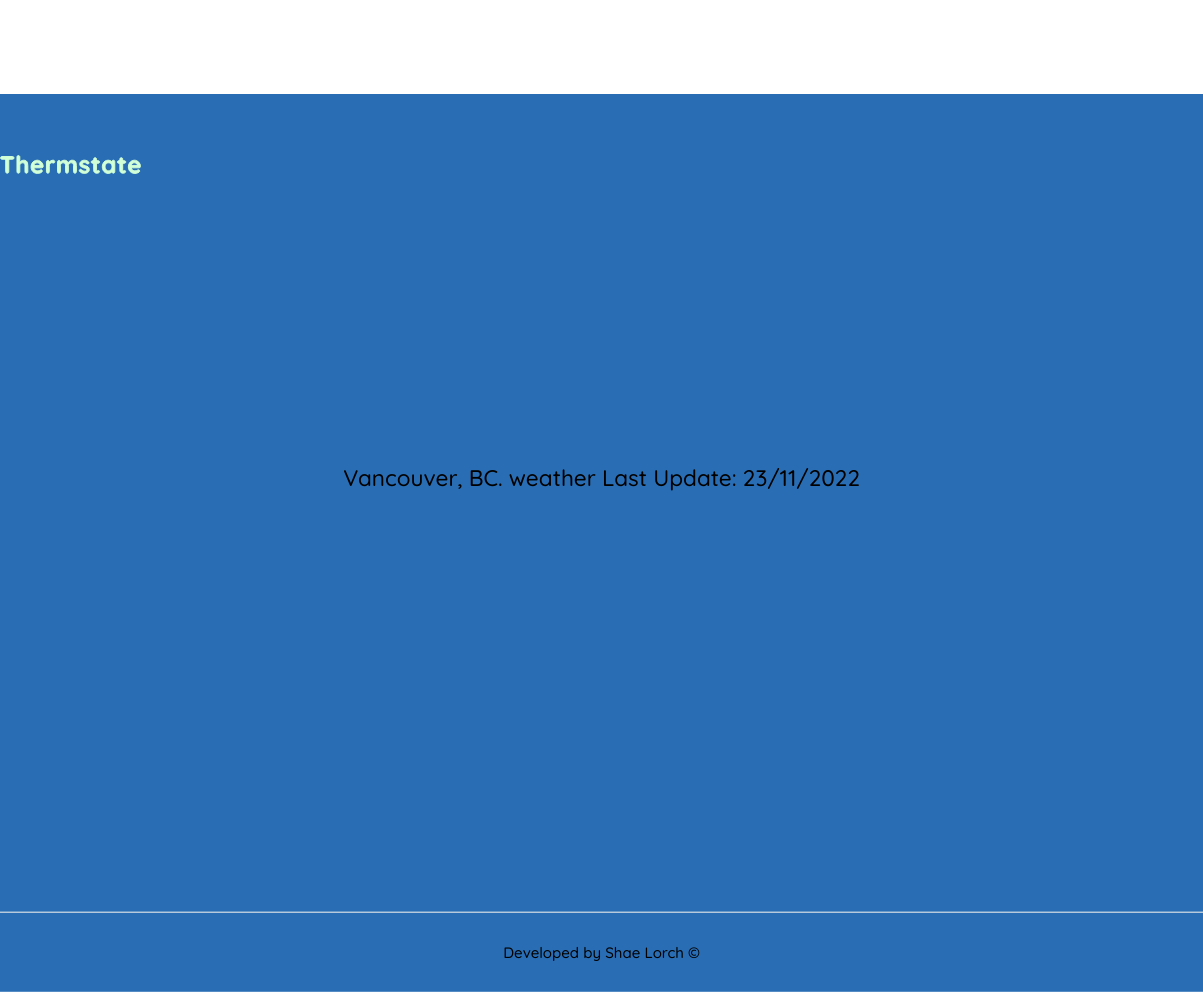
Repository: shaelorch/assessment2-DCD
Page: /
The author's editor kept a copy of each file at every save. The page is drawn from the files as they stood at one save, then again after the next save.
The browser window is 1280 px wide. The pictures show the whole page, at 94% of full size.
Some web fonts or font styles are not loaded; a fallback is used. The project was rebuilt for these pictures with package versions that can differ from the ones it lists, and the page was loaded fresh each time. The framework's server and built-in components were replaced by stand-ins that run in the browser. Also part of the build but not shown: next.config.js, comps/weatherCard.js.

Above is the page before, as saved 2023-02-23 17:36:57.

### pages/index.js
import Head from 'next/head'
import Image from 'next/image'
import { useEffect, useRef, useState } from 'react';
import styles from '../styles/Home.module.css';
import axios from 'axios';
import WeatherCont from '../comps/weatherCard';
import NavBar from '../comps/Navbar';

export default function Home() {

  const apiKey = 'cbd83d03fd51593f0af105201d308067';
  const location = 'vancouver';
  const units = 'metric';
  const url = `https://api.openweathermap.org/data/2.5/forecast?q=${location}&units=${units}&appid=${apiKey}`;

  const [data, setData] = useState();

  const grabWeather = useRef(false);

  const fetchWeather = async () => {
    const response = await axios.get(url);
    console.log(response);

    console.log(response.data.list);
    const arrayOfDays = [];

    let weatherData = response.data.list.map((weather, index) => {
      console.log(parseInt(weather.dt_txt.substr(8, 2), 10));
      let num = parseInt(weather.dt_txt.substr(8, 2), 10);

      if (num !== arrayOfDays.find(element => element === num)) {
        arrayOfDays.push(num);
        console.log("Here");
        console.log(response.data.list[index]);
        var month = '';
        var icon = '';

        if (weather.dt_txt.substr(5, 2) == 1) {
          month = 'January';
        } else if (weather.dt_txt.substr(5, 2) == 2) {
          month = 'February';
        } else if (weather.dt_txt.substr(5, 2) == 3) {
          month = 'March';
        } else if (weather.dt_txt.substr(5, 2) == 4) {
          month = 'April';
        } else if (weather.dt_txt.substr(5, 2) == 5) {
          month = 'May';
        } else if (weather.dt_txt.substr(5, 2) == 6) {
          month = 'June';
        } else if (weather.dt_txt.substr(5, 2) == 7) {
          month = 'July';
        } else if (weather.dt_txt.substr(5, 2) == 8) {
          month = 'August';
        } else if (weather.dt_txt.substr(5, 2) == 9) {
          month = 'September';
        } else if (weather.dt_txt.substr(5, 2) == 10) {
          month = 'October';
        } else if (weather.dt_txt.substr(5, 2) == 11) {
          month = 'November';
        } else if (weather.dt_txt.substr(5, 2) == 12) {
          month = 'December';
        }

        if (weather.weather[0].main == 'Clouds') {
          icon = '/icons/cloud.svg'
        } else if (weather.weather[0].main == 'Clear') {
          icon = '/icons/clear.svg'
        } else if (weather.weather[0].main == 'Atmosphere') {
          icon = '/icons/atmosphere.svg'
        } else if (weather.weather[0].main == 'Rain') {
          icon = '/icons/rain.svg'
        } else if (weather.weather[0].main == 'Drizzle') {
          icon = '/icons/drizzle.svg'
        } else if (weather.weather[0].main == 'Snow') {
          icon = '/icons/snow.svg'
        } else if (weather.weather[0].main == 'Thunderstorm') {
          icon = '/icons/lightening.svg'
        }

        var now = new Date(weather.dt_txt);
        var days = ['Sunday', 'Monday', 'Tuesday', 'Wednesday', 'Thursday', 'Friday', 'Saturday']
        var day = days[now.getDate()];

        return ( <div className={styles.card} key={index} >
            <div className={styles.cardContent}>
              <Image style={{}}
                src={icon}
                alt="logo"
                width={80}
                height={80}
                priority
              />
              <div style={{ alignSelf: 'center', marginRight: 180 }}>
                <div>{weather.main.temp.toFixed(1)} °C</div>
                <div>{weather.weather[0].main}</div>
              </div>
              <p>
                {day} <br /> {month} {weather.dt_txt.substr(8, 2)}, {weather.dt_txt.substr(0, 4)}
              </p></div>
          </div>
        )
      }


    })
    console.log(arrayOfDays);
        setData(weatherData);

  }




  useEffect(() => {
    if (grabWeather.current === true) {
      fetchWeather();
    }

    return () => {
      grabWeather.current = true;
    }
  }, []);

  const current = new Date();
  const date = `${current.getDate()}/${current.getMonth() + 1}/${current.getFullYear()}`;


  return (

    <>
      <Head>

      </Head>
      <NavBar/>

      <main className={styles.main}>
        <div className={styles.description}>
          <p>
            Vancouver, BC. weather
            Last Update: {date}
          </p>

        </div>

        {/* <div className={styles.mainCard}>
          <div className={styles.mainCardContent}>
            {data}
          </div>

        </div> */}

        <div className={styles.grid}>
          <div>
            {data}
          </div>

        </div>

      </main>
      <footer className={styles.footer}>
      <div>
            <a>
              Developed by Shae Lorch &#169;
            </a>
          </div>
      </footer>

    </>

  )
}

### styles/globals.css
@import url('https://fonts.googleapis.com/css2?family=Tilt+Warp&display=swap');
@import url('https://fonts.googleapis.com/css2?family=Quicksand:wght@300;500;700&family=Tilt+Neon&family=Tilt+Warp&display=swap');

html,
body {
  padding: 0;
  margin: 0;
  font-family: -apple-system, BlinkMacSystemFont, Segoe UI, Roboto, Oxygen,
    Ubuntu, Cantarell, Fira Sans, Droid Sans, Helvetica Neue, sans-serif;
}

a {
  color: inherit;
  text-decoration: none;
}

* {
  box-sizing: border-box;
}

@media (prefers-color-scheme: dark) {
  html {
    color-scheme: dark;
  }
  body {
    color: white;
    background: black;
  }
}

### styles/Home.module.css
.container {
  padding: 0 2rem;
  background-color: #296EB4;
}

.main {
  min-height: 100vh;
  padding: 4rem 0;
  flex: 1;
  display: flex;
  flex-direction: column;
  justify-content: center;
  align-items: center;
  background-color: #296EB4;
  font-family:quicksand, cursive;

}



.card {
  background: rgb(255,255,255);
  background: linear-gradient(0deg, rgba(255,255,255,0) 0%, rgba(136,198,255,1) 47%);
  width:100%;
  height:100%;
  border-radius:20px;
  padding-left:5%;
  margin-bottom: 8%;
}

.mainCardContent {

  display: flex;
  flex-direction: column;

}

.cardContent {
  display: flex;
  flex-direction: row;
  justify-content: space-between;
  margin-right: 5%;
  align-content:center;
}

.logoCont {
  margin-top:100px;
  display: flex;
  flex-direction: row;
  justify-content: space-between;
  background-color: #296EB4;
}



.footer {
  display: flex;
  flex: 1;
  padding: 2rem 0;
  border-top: 1px solid #eaeaea;
  justify-content: center;
  align-items: center;
  background-color: #296EB4;
  font-family: quicksand, cursive;
}

.footer a {
  display: flex;
  justify-content: center;
  align-items: center;
  flex-grow: 1;
}

.title a {
  color: #0070f3;
  text-decoration: none;
}

.title a:hover,
.title a:focus,
.title a:active {
  text-decoration: underline;
}

.title {
  margin: 0;
  line-height: 1.15;
  font-size: 4rem;
}

.title,
.description {
  text-align: center;
}

.description {
  margin: 4rem 0;
  line-height: 1.5;
  font-size: 1.5rem;
}

.code {
  background: #fafafa;
  border-radius: 5px;
  padding: 0.75rem;
  font-size: 1.1rem;
  font-family: Menlo, Monaco, Lucida Console, Liberation Mono, DejaVu Sans Mono,
    Bitstream Vera Sans Mono, Courier New, monospace;
}

.grid {
  display: flex;
  align-items: center;
  justify-content: center;
  flex-wrap: wrap;
  max-width: 800px;
  margin:8%;
}

.mainCard {
  height:384px;
  width:338px;
  background: rgb(255,255,255);
  background: linear-gradient(0deg, rgba(255,255,255,0) 0%, rgba(136,198,255,1) 47%);
  border-radius: 20px;;
}





.logo {
  height: 1em;
  margin-left: 0.5rem;
}

@media (max-width: 600px) {
  .grid {
    width: 100%;
    flex-direction: column;
  }
}

@media (prefers-color-scheme: dark) {
  .card,
  .footer {
    border-color: #222;
  }
  .code {
    background: #111;
  }
  .logo img {
    filter: invert(1);
  }
}

### comps/Navbar.js
import Image from "next/image"
import styles from '../styles/Home.module.css'

export default function NavBar() {

    return(<div className={styles.logoCont}>
        <Image src="/logo.svg"
        alt="logo"
        width={150}
        height={150}
        />
    </div>

    )
}

Loaded but not shown: pages/_app.js (common file)

After the next save:
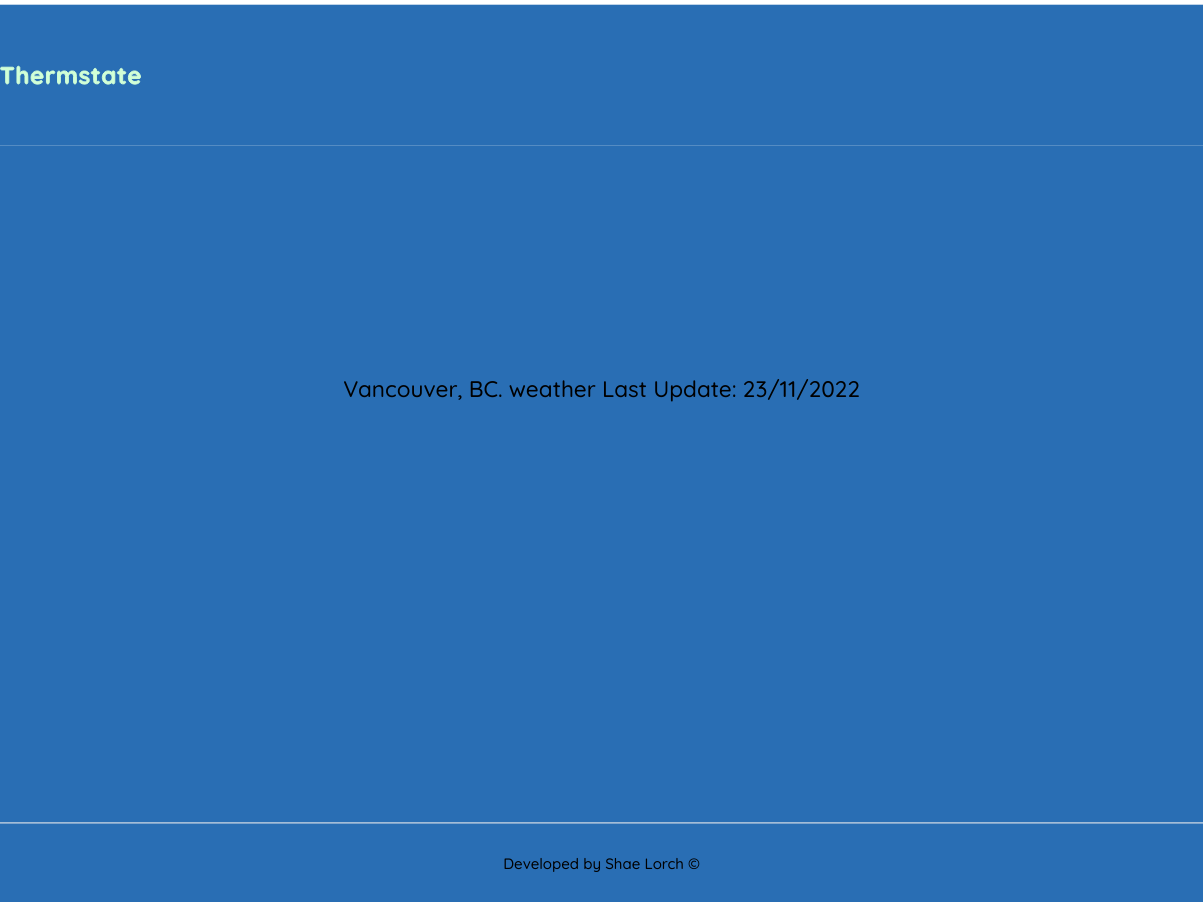
Saved 4 s later.
--- a/styles/Home.module.css
+++ b/styles/Home.module.css
@@ -44,7 +44,7 @@
 }
 
 .logoCont {
-  margin-top:100px;
+  margin-top:5px;
   display: flex;
   flex-direction: row;
   justify-content: space-between;
